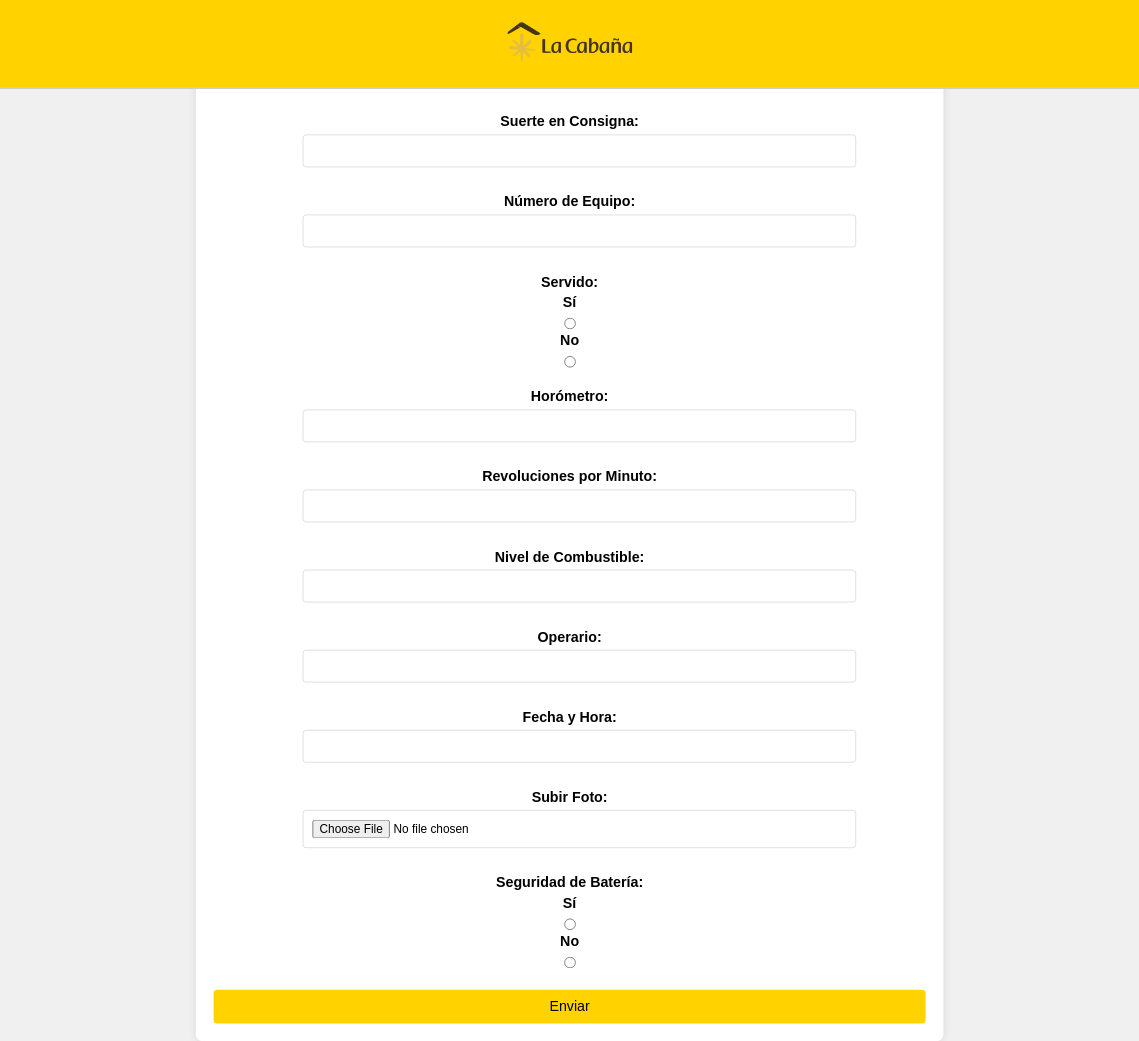
Repository: tayuanlogua/prototipo-de-control-de-accesos
Page: Patrullas/src/motobombas.html
These files come from the project's save history. The page is drawn as it stood at one moment and after the next save; the edit follows.
The browser window is 1280 px wide. The pictures show the whole page, at 89% of full size.

Above is the page before, as saved 2024-08-09 08:52:41.

### Patrullas/src/motobombas.html
<!DOCTYPE html>
<html lang="es">
  <head>
    <meta charset="UTF-8" />
    <meta name="viewport" content="width=device-width, initial-scale=1.0" />
    <title>Formulario de Moto Bombas</title>
    <link rel="stylesheet" href="styles.css" />
    <script defer src="motobombas.js"></script>
  </head>
  <body>
    <div class="container">
      <header class="header">
        <img src="imagenes/LOGO.png" alt="Logo" class="logo" />
      </header>
      <h1>Formulario de Moto Bombas</h1>
      <form id="motobombas-form" enctype="multipart/form-data">
        <div class="form-group">
          <label for="nombre-formulario">Nombre del Formulario:</label>
          <input
            type="text"
            id="nombre-formulario"
            name="nombre-formulario"
            value="Moto Bombas"
            readonly
          />
        </div>

        <div class="form-group">
          <label for="ubicacion">Ubicación:</label>
          <input type="text" id="ubicacion" name="ubicacion" required />
        </div>

        <div class="form-group">
          <label for="date-time">Fecha y Hora:</label>
          <input type="text" id="date-time" name="date-time" readonly />
        </div>

        <div class="form-group">
          <label for="hacienda">Hacienda:</label>
          <input type="text" id="hacienda" name="hacienda" required />
        </div>

        <div class="form-group">
          <label for="suerte">Suerte en Consigna:</label>
          <input type="text" id="suerte" name="suerte" required />
        </div>

        <div class="form-group">
          <label for="numero-equipo">Número de Equipo:</label>
          <input type="text" id="numero-equipo" name="numero-equipo" required />
        </div>

        <div class="form-group">
          <label>Servido:</label>
          <div class="radio-group">
            <label for="servido-si">Sí</label>
            <input
              type="radio"
              id="servido-si"
              name="servido"
              value="Sí"
              required
            />
            <label for="servido-no">No</label>
            <input
              type="radio"
              id="servido-no"
              name="servido"
              value="No"
              required
            />
          </div>
        </div>

        <div class="form-group">
          <label for="horometro">Horómetro:</label>
          <input type="text" id="horometro" name="horometro" required />
        </div>

        <div class="form-group">
          <label for="revoluciones">Revoluciones por Minuto:</label>
          <input type="text" id="revoluciones" name="revoluciones" required />
        </div>

        <div class="form-group">
          <label for="nivel-combustible">Nivel de Combustible:</label>
          <input
            type="text"
            id="nivel-combustible"
            name="nivel-combustible"
            required
          />
        </div>

        <div class="form-group">
          <label for="operario">Operario:</label>
          <input type="text" id="operario" name="operario" required />
        </div>

        <div class="form-group">
          <label for="focha">Fecha y Hora:</label>
          <input type="text" id="focha" name="focha" required />
        </div>

        <div class="form-group">
          <label for="foto">Subir Foto:</label>
          <input type="file" id="foto" name="foto" accept="image/*" />
        </div>

        <div class="form-group">
          <label>Seguridad de Batería:</label>
          <div class="radio-group">
            <label for="bateria-si">Sí</label>
            <input
              type="radio"
              id="bateria-si"
              name="bateria"
              value="Sí"
              required
            />
            <label for="bateria-no">No</label>
            <input
              type="radio"
              id="bateria-no"
              name="bateria"
              value="No"
              required
            />
          </div>
        </div>

        <button type="submit">Enviar</button>
      </form>
    </div>
  </body>
</html>

### Patrullas/src/styles.css
/* Estilos generales para el body */
body {
  font-family: Arial, sans-serif;
  display: flex;
  flex-direction: column; /* Colocar header y contenedor en columna */
  justify-content: center;
  align-items: center;
  height: 100vh;
  margin: 0;
  background-color: #f0f0f0; /* Fondo general de la página */
}

/* Estilos para el header */
.header {
  background-color: #ffd200; /* Fondo amarillo para el header */
  padding: 20px 0; /* Padding para centrar el logo verticalmente */
  border-bottom: 2px solid #ccc;
  width: 100%; /* Asegura que el header ocupe todo el ancho */
  text-align: center; /* Centrar el contenido del header */
  position: fixed; /* Fija el header en la parte superior */
  top: 0;
  left: 0;
  z-index: 1000; /* Asegura que el header esté por encima del contenido */
}

.logo {
  max-width: 150px; /* Tamaño máximo del logo */
  height: auto;
}

/* Estilos para el contenedor del formulario de Moto Bombas */
.container {
  width: 80%;
  max-width: 800px; /* Ancho máximo del contenedor del formulario */
  padding: 20px;
  background-color: #fff; /* Fondo blanco del contenedor */
  border-radius: 8px;
  box-shadow: 0 0 10px rgba(0, 0, 0, 0.1);
  text-align: center; /* Centrar el contenido dentro del contenedor */
  margin-top: 120px; /* Aumenta el espacio superior para evitar el header fijo */
}

/* Estilos para el título del formulario */
h1 {
  margin-bottom: 20px;
  color: #000; /* Color negro para el título */
}

/* Estilos para el formulario */
form {
  display: flex;
  flex-direction: column;
  align-items: center; /* Centrar el formulario horizontalmente */
}

.form-group {
  width: 100%;
  max-width: 600px; /* Ancho máximo de cada grupo de formulario */
  margin-bottom: 20px; /* Espacio debajo de cada grupo de formulario */
}

label {
  display: block;
  margin-bottom: 5px;
  font-weight: bold;
  color: #000; /* Color negro para las etiquetas */
}

input[type="text"],
input[type="password"],
input[type="file"] {
  width: 100%;
  padding: 10px;
  margin-bottom: 10px;
  border: 1px solid #ddd;
  border-radius: 4px;
}

input[type="radio"] {
  width: auto;
  margin-right: 5px;
}

textarea {
  resize: vertical;
}

/* Estilos para el botón */
button {
  width: 100%;
  padding: 10px 15px;
  background-color: #ffd200; /* Color amarillo */
  color: #000; /* Texto en negro para el botón */
  border: none;
  border-radius: 4px;
  cursor: pointer;
  font-size: 16px;
}

button:hover {
  background-color: #f9c700; /* Amarillo más oscuro para el hover */
}

### Patrullas/src/motobombas.js
document.addEventListener("DOMContentLoaded", function () {
  // Obtener el campo de fecha y hora
  const dateTimeField = document.getElementById("date-time");

  // Función para obtener la fecha y hora actuales en formato legible
  function getCurrentDateTime() {
    const now = new Date();
    const year = now.getFullYear();
    const month = String(now.getMonth() + 1).padStart(2, "0");
    const day = String(now.getDate()).padStart(2, "0");
    const hours = String(now.getHours()).padStart(2, "0");
    const minutes = String(now.getMinutes()).padStart(2, "0");
    const seconds = String(now.getSeconds()).padStart(2, "0");
    return `${year}-${month}-${day} ${hours}:${minutes}:${seconds}`;
  }

  // Establecer la fecha y hora actuales en el campo correspondiente
  dateTimeField.value = getCurrentDateTime();

  // Actualizar la fecha y hora cada segundo
  setInterval(function () {
    dateTimeField.value = getCurrentDateTime();
  }, 1000);
});

After the next save:
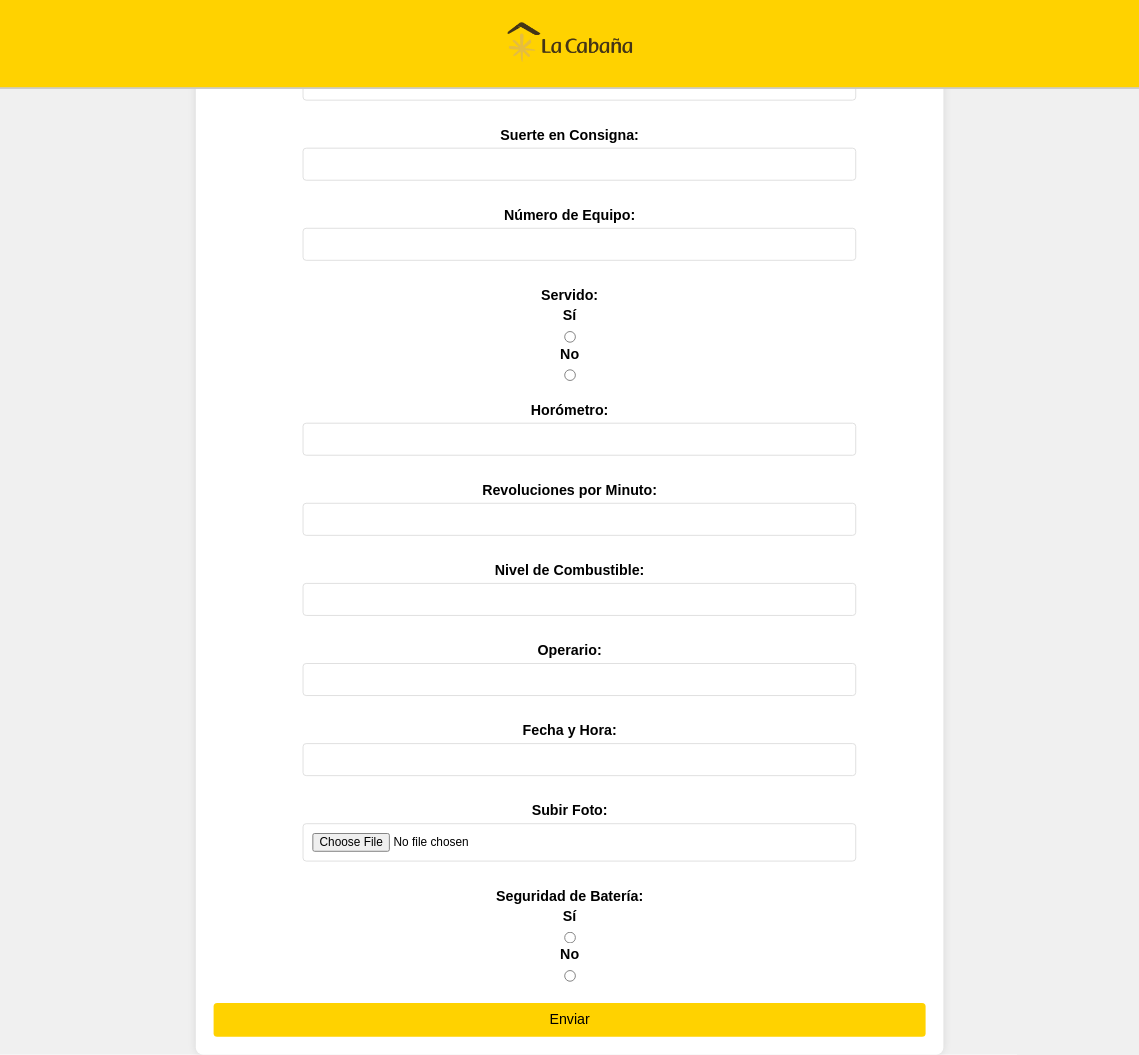
Saved 75 s later.
--- a/Patrullas/src/styles.css
+++ b/Patrullas/src/styles.css
@@ -37,7 +37,7 @@
   border-radius: 8px;
   box-shadow: 0 0 10px rgba(0, 0, 0, 0.1);
   text-align: center; /* Centrar el contenido dentro del contenedor */
-  margin-top: 120px; /* Aumenta el espacio superior para evitar el header fijo */
+  margin-top: 150px; /* Aumenta el espacio superior para evitar el header fijo */
 }
 
 /* Estilos para el título del formulario */
